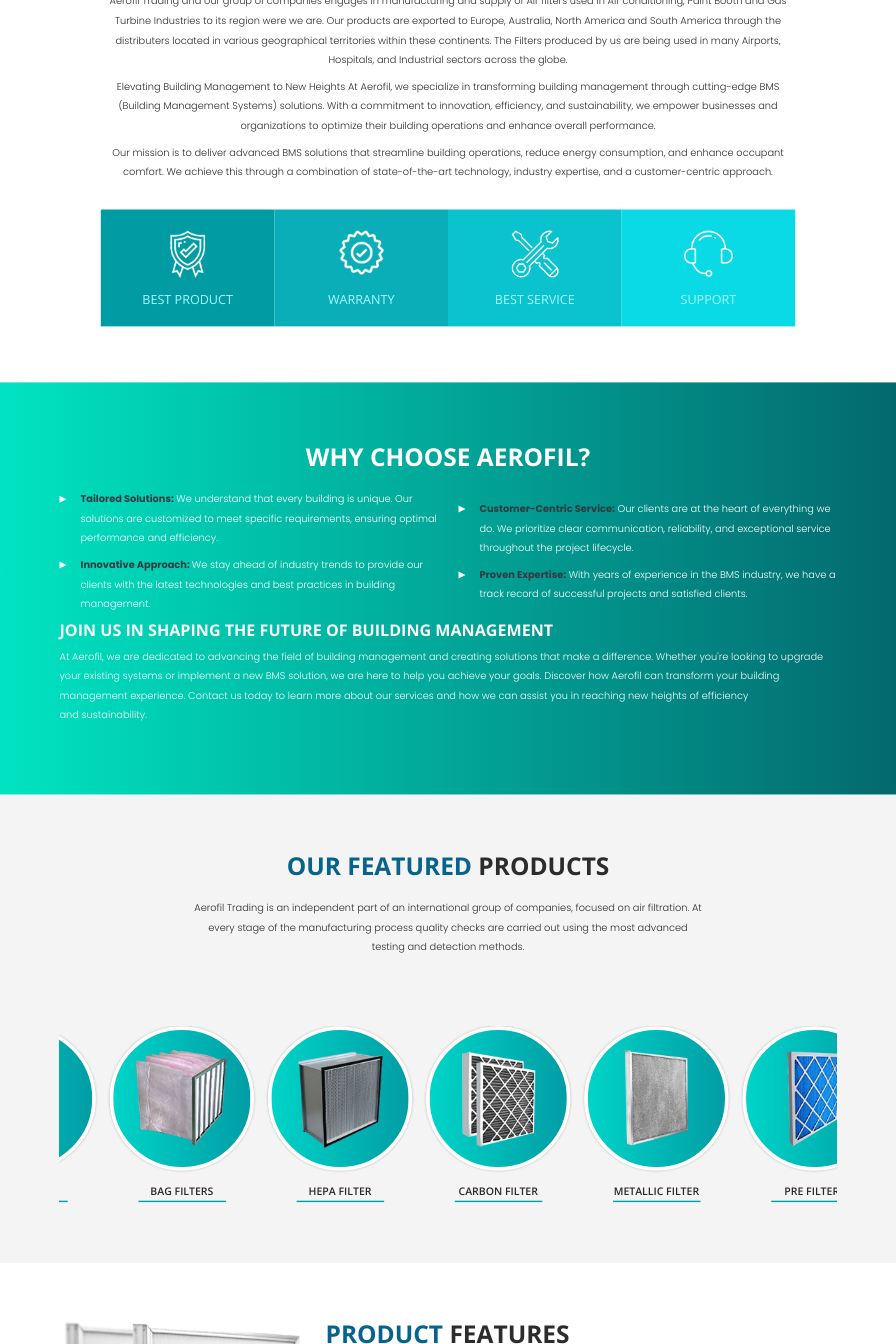
Repository: aslamvrtly/aerofil
Page: index.html
These files come from the project's save history. The page is drawn as it stood at one moment and after a run of saves; the edit follows.
The browser window is 1280 px wide. The pictures show the part of the page from y = 996 to 2916 px (the page is 5237 px tall), at 70% of full size.

Above is the page before, as saved 2024-09-04 21:09:26.

After the next 3 saves:
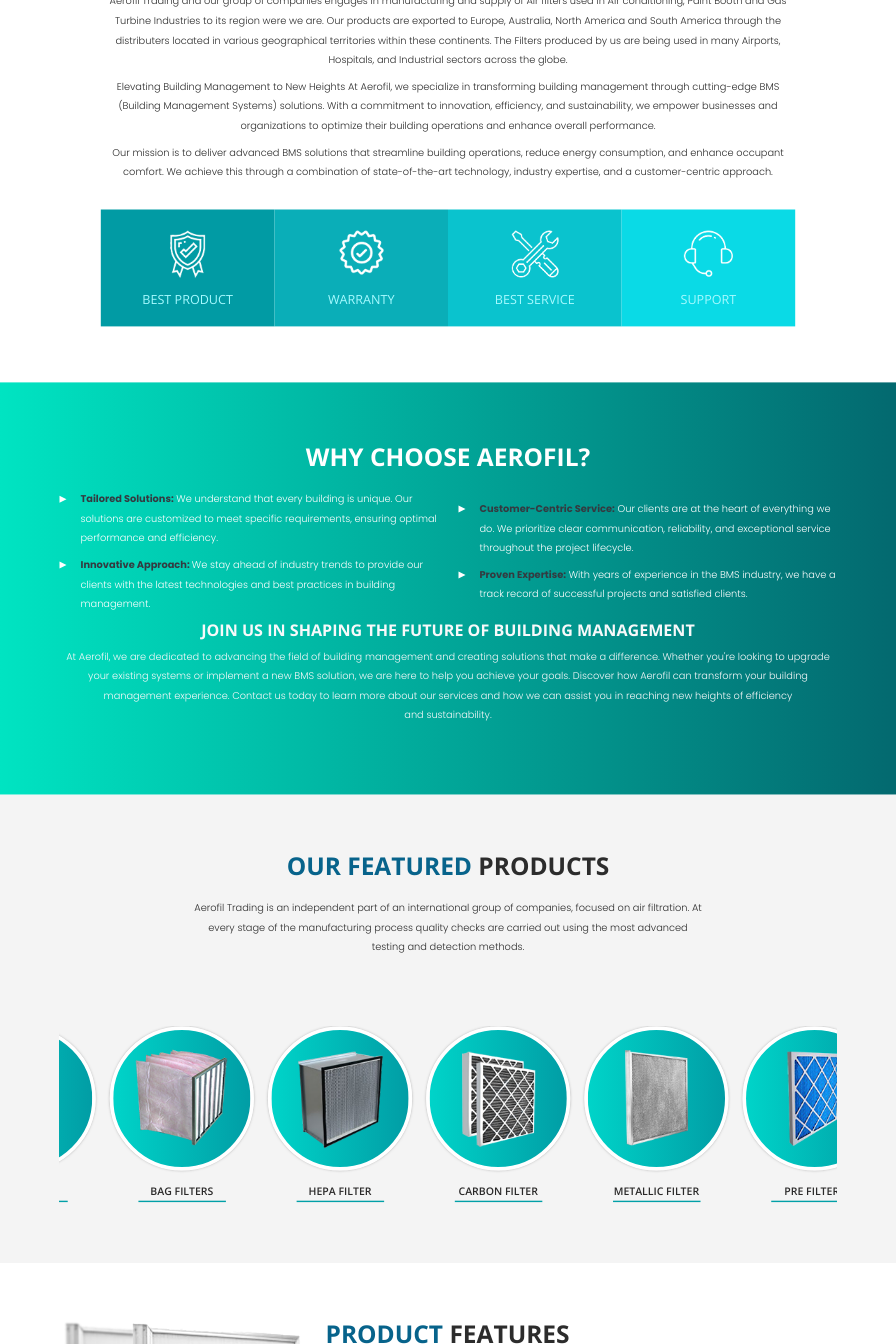
The 3 saves are shown as one change because they came seconds apart.
The last was saved 9 s later.
--- a/index.html
+++ b/index.html
@@ -258,7 +258,7 @@
 						</li>
 					</ul>
 				</div>
-				<div class="col-md-12">
+				<div class="col-md-12 text-center">
 					<h3 class="font-weight-bold text-light text-uppercase">Join Us in Shaping the Future of Building Management</h3>
 					<p class="text-light">
 					At Aerofil, we are dedicated to advancing the field of building management and creating solutions
